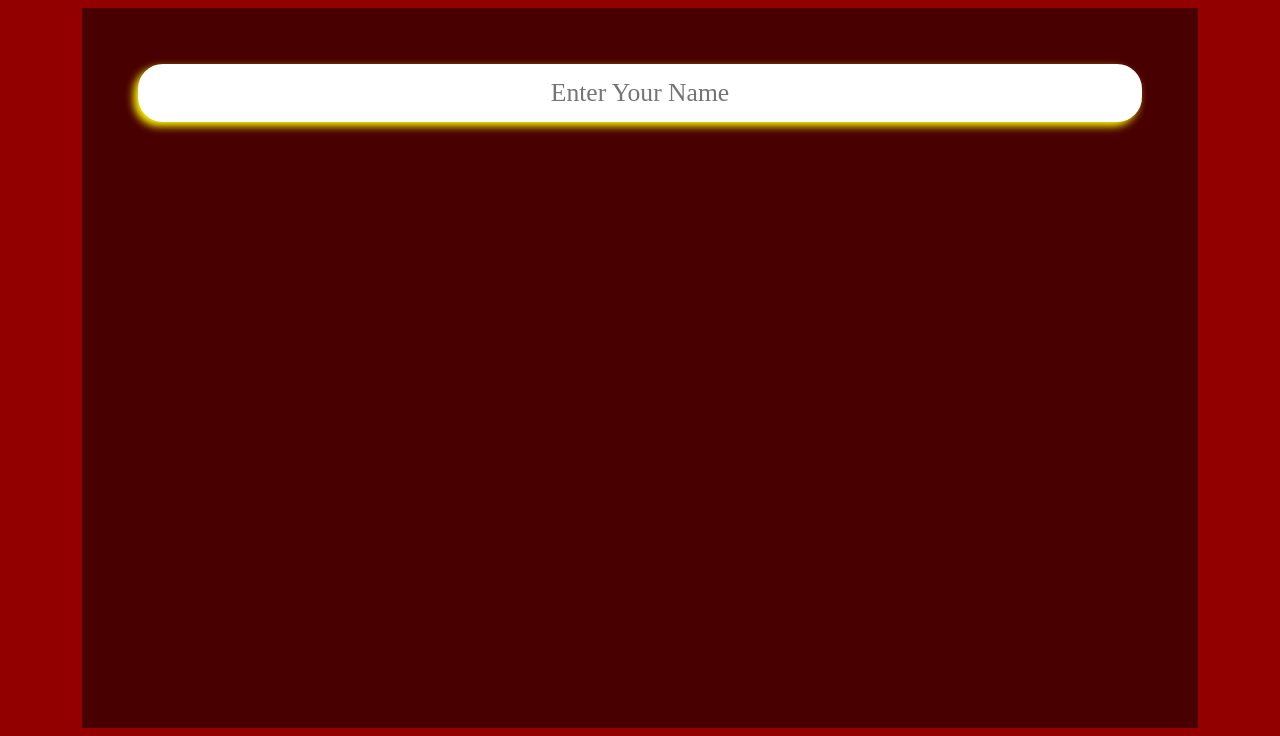
Repository: Haneef-Shaik/Greetings
Page: /
These files come from the project's save history. The page is drawn as it stood at one moment and after the next save; the edit follows.
The browser window is 1280 px wide. The pictures show the whole page.
The project was rebuilt for these pictures with package versions that can differ from the ones it lists, and the page was loaded fresh each time. The framework's server and built-in components were replaced by stand-ins that run in the browser. Also part of the build but not shown: next.config.js, styles/card.module.scss, components/card.js, styles/socialShare.module.scss, components/socialShare.js.

Above is the page before, as saved 2021-12-01 20:12:39.

### pages/_app.js
import '../styles/globals.css'
import 'bootstrap/dist/css/bootstrap.css'


function MyApp({ Component, pageProps }) {
  return <Component {...pageProps} />
}

export default MyApp

### pages/index.js
import Card from "../components/card.js";
import {useRouter} from 'next/router';
import Ss from "../components/socialShare"
import InpFrm from "../components/form"

export default function Home() {
  const {query} = useRouter();
  const myurls='https://gratefulprayerthankfulheart.com/wp-content/uploads/2014/12/aquawhitechristmastreegreeting.jpg';

  if(query.length > 0)
  {

    if(query.greeting)
    {
      return (
        <>
          <Card event={query.event} image={query.bgImg} name={query.name} greeting={query.greeting}  />
        </>
          )
    }
    else
    {
      return (
        <>
          <Card event={query.event} image={query.bgImg} name={query.name}  />
        </>
          )
    }

  }
  else
  {
    return (
        <>
          <InpFrm />
        </>
        )
  }
    // return (
    //   <>
        {/* <Card event='Event' image={myurls} name='Name' color='red' greeting="Lorem Ipsum is simply dummy text of the printing and typesetting industry. Lorem Ipsum has been thing software like Aldus PageMaker including versions of Lorem Ipsum."  /> */}
        {/* <Ss mylink="localhost:3000/name=haneef&event=christmas" /> */}
    {/*     <Ss mylink="localhost:3000/name=haneef&event=christmasW&sddsajnodsoduaibdadbksa" /> */}
    //   </>
    //     )

}

### components/form.js
/* eslint-disable no-undef */
import React, {useState,useRef} from 'react'

import 'bootstrap/dist/css/bootstrap.min.css';
import styles from '../styles/form.module.scss';
import IMAGE from 'next/image'


function Edit() {
    return (
        <div className="container-fluid p-2 "  style={{backgroundColor:'#920000'} }>
            <div className="container">
                <div className="row">
                    <div className="col-12">
                        <div className={styles.formContainer} >
                            <form>
                                <input type="text" placeholder="Enter Your Name" className="col-12 inpName" />
                            </form>
                        </div>
                    </div>
                </div>
            </div>
        </div>
    )
}


class InvitationCard extends React.Component{
    render(){
        return (

                <div className="body p-2" style={{backgroundColor: this.props.c,backgroundImage:`url(${this.props.im})`,backgroundSize:350,backgroundRepeat:'no-repeat'}} >
                    <h1 id="heading" style={{color: this.props.heading}}>{this.props.name}</h1>
                    <p style={{marginTop: "50px",color: this.props.content}}>{this.props.message}</p>
                    <p style={{color: this.props.content}} id="toWhom">{this.props.to}</p>
                </div>
        )
    }

}



export default Edit;

### styles/form.module.scss
.formContainer{
    padding:5%;
    height:100vh;
    background-color:#490000;
    input{
        text-align:center;
        font-family: 'Times New Roman', Times, serif;
        font-size:1.6rem;

        border:5px solid #FFFFFF;
        border-radius:25px;
        background-color:#fff;
        box-shadow: -4px 4px 8px yellow;
        line-height:3rem;

    }
}

Loaded but not shown: pages/api/hello.js (common file); styles/globals.css (common file)

After the next save:
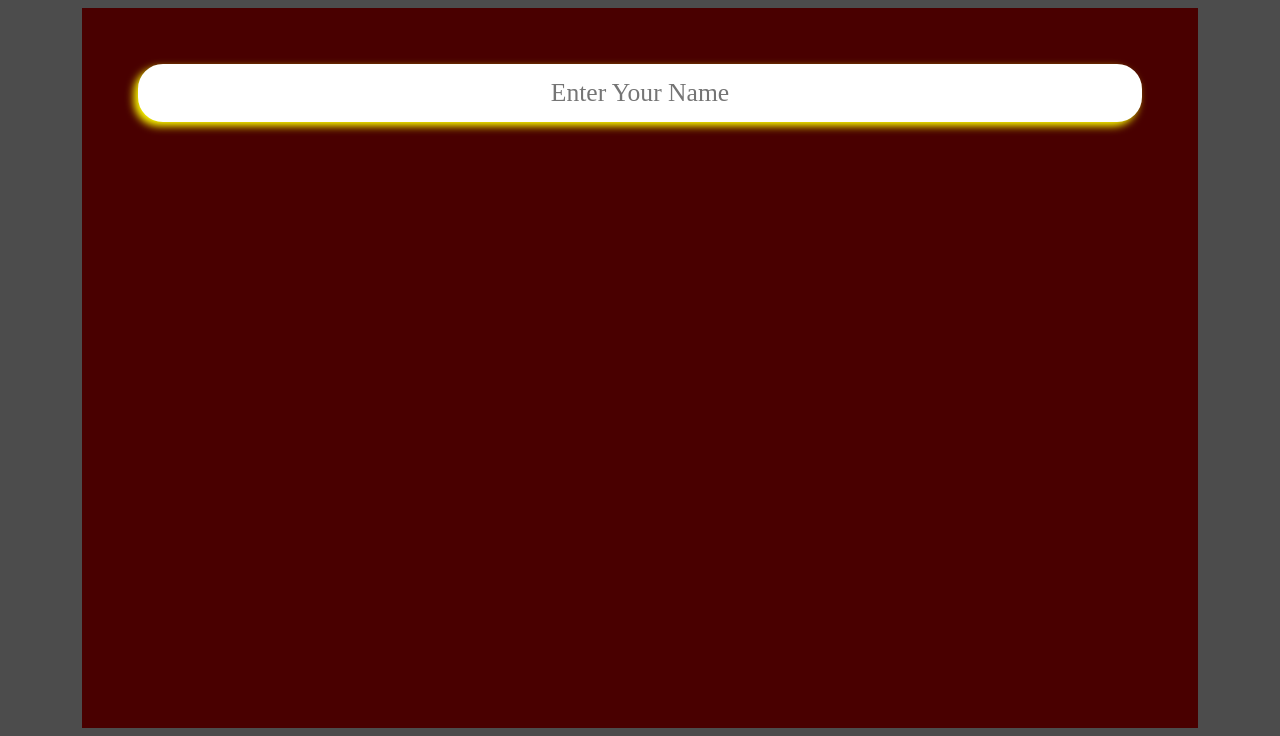
Saved 7 s later.
--- a/components/form.js
+++ b/components/form.js
@@ -8,7 +8,7 @@ import IMAGE from 'next/image'
 
 function Edit() {
     return (
-        <div className="container-fluid p-2 "  style={{backgroundColor:'#920000'} }>
+        <div className="container-fluid p-2 "  style={{backgroundColor:'#4C4C4C'} }>
             <div className="container">
                 <div className="row">
                     <div className="col-12">
